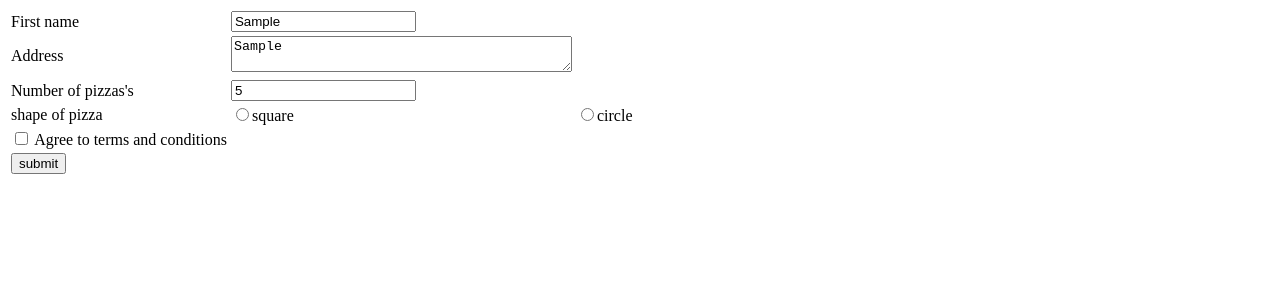
Repository: PoojaShirwaikar/BlockhainTest
Page: javascript/jQueryAssignment2/WebContent/ques12.html
An editor plug-in stored every save of this project. The page is shown before and after the next save, followed by the edit.
The browser window is 1280 px wide. The pictures show the whole page.
Empty fields were first filled with sample values (such as "Sample", 5 or name@example.com).
After loading, the first visible `#submit1` was clicked once.
Some web libraries are served in a nearby version.

Above is the page before, as saved 2017-11-14 13:08:41.

After the next save:
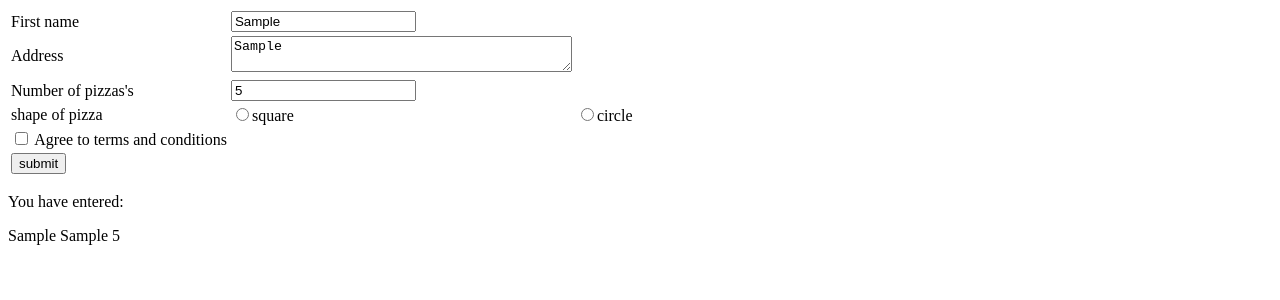
Saved 33 s later.
--- a/javascript/jQueryAssignment2/WebContent/ques12.html
+++ b/javascript/jQueryAssignment2/WebContent/ques12.html
@@ -16,7 +16,7 @@
 					$("#div1").html(
 							"<p>You have entered:<br</p><p>" + text + "</p>");
 
-					alert(text);
+					//alert(text);
 
 				});
 
@@ -57,5 +57,7 @@
 			</tbody>
 		</table>
 	</form>
+
+	<div id="div1"></div>
 </body>
 </html>
